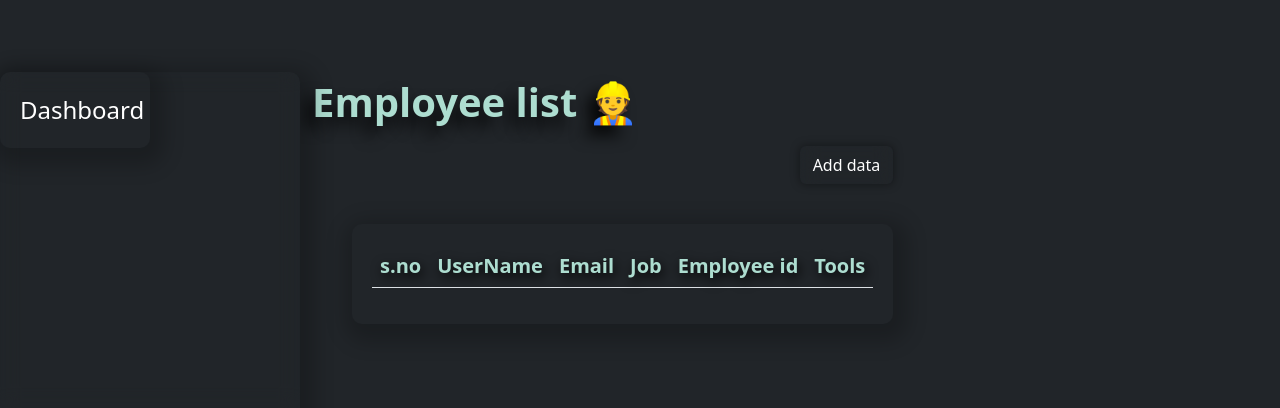
Repository: iamevs/Employee-Management-System
Page: /home (app in client/)
The author's editor kept a copy of each file at every save. The page is drawn from the files as they stood at one save, then again after the next save.
The browser window is 1280 px wide. The pictures show the whole page.
The page's requests for data from a server got no answer. The project was rebuilt for these pictures with package versions that can differ from the ones it lists, and the page was loaded fresh each time. No one was signed in, and anything a server would have sent is missing. Also part of the build but not shown: client/vite.config.js, client/src/components/Register.jsx, client/src/components/Edit.jsx, client/src/components/Hero.jsx. Imported but missing from the stored project, and not drawn on this page: client/src/components/Details.

Above is the page before, as saved 2022-11-29 01:39:15.

### client/index.html
<html lang="en">
  <head>
    <meta charset="UTF-8" />
    <link rel="icon" type="image/svg+xml" href="/vite.svg" />
    <meta name="viewport" content="width=device-width, initial-scale=1.0" />
    <title>employee-management</title>
  </head>
  <body>
    <div id="root"></div>
    <script type="module" src="/src/main.jsx"></script>
  </body>
</html>

### client/src/main.jsx
import React, { StrictMode } from 'react';
import ReactDOM from 'react-dom';
import { createRoot } from "react-dom/client";
import './index.css';
import App from './App';
import { BrowserRouter } from "react-router-dom"
import ContextProvider from "./components/context/ContextProvider";
// root.render(
//   <StrictMode>
//   <ContextProvider>
//     <BrowserRouter>
//       <App />
//     </BrowserRouter>
//   </ContextProvider>
//   </StrictMode>
//   ,
//   document.getElementById('root')
// );


createRoot(document.getElementById('root')).render(
  <ContextProvider>
    <BrowserRouter>
      <App />
    </BrowserRouter>
  </ContextProvider>
)

### client/src/index.css
body {
  margin: 0;
  font-family: -apple-system, BlinkMacSystemFont, 'Segoe UI', 'Roboto', 'Oxygen',
    'Ubuntu', 'Cantarell', 'Fira Sans', 'Droid Sans', 'Helvetica Neue',
    sans-serif;
  -webkit-font-smoothing: antialiased;
  -moz-osx-font-smoothing: grayscale;
  background-color: #212529 !important;
  color: #fff !important;
}

code {
  font-family: source-code-pro, Menlo, Monaco, Consolas, 'Courier New',
    monospace;
}

.btns{
  display: flex;
  justify-content: space-between;
}

.btns > .tool, .tool{
  /* border: 1px solid #fff; */
  backdrop-filter: blur(10px);
  box-shadow: 0px 0px 9px 1px rgb(0 0 0 / 35%);
}

.form-control{
  background-color: #212529 !important;
  color: #C8DBBE !important;
  border: 1px solid #fff !important;
}

### client/src/App.jsx
import './App.css';
import "../node_modules/bootstrap/dist/css/bootstrap.min.css"
import "../node_modules/bootstrap/dist/js/bootstrap.bundle.min.js"
import Navbar from './components/Navbar';
import Home from './components/Home';
import Register from './components/Register';
import Edit from './components/Edit';
import Details from './components/Details';
import Hero from "./components/Hero.jsx";
import { Routes, Route } from "react-router-dom"
import { Stack } from '@mui/system';




function App() {
  return (
    <>
      <Stack direction={"row"}>
        <Navbar />
        <Routes>
          <Route path="/" element={<Hero />} />
          <Route path="/home" element={<Home />} />
          <Route exact path="/register" element={<Register />} />
          <Route exact path="/edit/:id" element={<Edit />} />
          <Route exact path="/view/:id" element={<Details />} />
        </Routes>
      </Stack>

    </>
  );
}

export default App;

### client/src/components/context/ContextProvider.jsx
import React, { createContext, useState } from 'react'


export const adddata = createContext("");
export const updatedata = createContext("");
export const deldata = createContext("");

const ContextProvider = ({ children }) => {

    const [udata, setUdata] = useState("");
    const [updata, setUPdata] = useState("");
    const [dltdata, setDLTdata] = useState("");


    return (
        <adddata.Provider value={{ udata, setUdata }}>
            <updatedata.Provider value={{ updata, setUPdata }}>
                <deldata.Provider value={{dltdata, setDLTdata}}>
                    {children}
                </deldata.Provider>

            </updatedata.Provider>

        </adddata.Provider>
    )
}

export default ContextProvider;

### client/src/App.css
.add_btn{
  text-align: right;
}

.container{
  overflow: auto;
}

.left_view h3{
  font-size: 21px;
}

.left_view p{
  font-weight: 600;
}

.left_view span{
  font-weight: 400;
}

.right_view p{
  font-weight: 600;
}


.right_view span{
  font-weight: 400;
}

### client/src/components/Navbar.jsx
import React from 'react'
import { NavLink } from 'react-router-dom'
import { Box, Stack } from "@mui/material";


const Navbar = () => {
    return (
        // <Stack justifyContent={"center"} direction={"row"} marginTop={"10px"}>
        //     <Box justifyContent={"space-between"} alignItems={"center"} className="navbar navbar-expand-lg text-white" sx={{
        //         backgroundColor: "transparent",
        //         backdropFilter: "blur(10px) !important",
        //         position: "relative",
        //         color: "white",
        //         boxShadow: "4px 7px 20px 11px rgb(0 0 0 / 20%)",
        //         height: "60px",
        //         padding: "0 40px 0 40px",
        //         width: "auto",
        //         borderRadius: "10px"
        //     }}>
        //         <Box sx={{
        //             fontSize: "1.5rem",
        //             color: "#ADDDD0",
        //             fontWeight: "600",
        //             textShadow: "-10px 10px 15px rgba(0, 0, 0, 0.8)",
        //             marginRight: "100px"
        //         }}>Employee management Dashboard</Box>
        //         <Box direction={"row"}>
        //             <a href="/home" style={{
        //                 fontSize: "1.5rem",
        //                 color: "#ADDDD0",
        //                 fontWeight: "600",
        //                 textShadow: "-10px 10px 15px rgba(0, 0, 0, 0.8)",
        //                 textDecoration: "none",
        //             }}>Home</a>
        //             <a href="/" style={{
        //                 fontSize: "1.5rem",
        //                 color: "#ADDDD0",
        //                 fontWeight: "600",
        //                 textShadow: "-10px 10px 15px rgba(0, 0, 0, 0.8)",
        //                 textDecoration: "none",
        //                 marginLeft: "20px"
        //             }}>Docs</a>

        //         </Box>
        //     </Box>
        // </Stack>
        <Stack direction={"column"} sx={{
            backgroundColor: "transparent",
            backdropFilter: "blur(10px) !important",
            position: "relative",
            color: "white",
            boxShadow: "4px 7px 20px 11px rgb(0 0 0 / 20%)",
            height: "80vh",
            width: "300px",
            borderRadius: "10px",
            marginTop: "10vh"
        }}>
            <Box justifyContent={"center"} sx={{
                fontSize: "1.5rem",
                padding: "20px",
                boxShadow: "4px 7px 20px 11px rgb(0 0 0 / 20%)",
                borderRadius: "10px",
                width: "50%"
            }}>
                Dashboard
            </Box>
        </Stack>
    )
}

export default Navbar

### client/src/components/Home.jsx
import React, { useState, useEffect, useContext } from 'react'
import ReadMoreRoundedIcon from '@mui/icons-material/ReadMoreRounded';
import NoteAltOutlinedIcon from '@mui/icons-material/NoteAltOutlined';
import DeleteOutlineIcon from '@mui/icons-material/DeleteOutline';
import { NavLink } from 'react-router-dom';
import { adddata, deldata } from './context/ContextProvider';
import { updatedata } from './context/ContextProvider'
import ReactTooltip from 'react-tooltip';

var getuserlink = "http://localhost:8001/getusers";


const Home = () => {

    const [getuserdata, setUserdata] = useState([]);

    console.log(getuserdata);

    const { udata, setUdata } = useContext(adddata);

    const { updata, setUPdata } = useContext(updatedata);

    const { dltdata, setDLTdata } = useContext(deldata);

    const getdata = async () => {

        const res = await fetch(getuserlink, {
            method: "GET",
            headers: {
                "Content-Type": "application/json"
            }
        });

        const data = await res.json();
        console.log(data);

        if (res.status === 422 || !data) {
            console.log("error ");

        } else {
            setUserdata(data)
            console.log("get data");

        }
    }

    useEffect(() => {
        getdata();
    }, [])

    const deleteuser = async (id) => {

        const res2 = await fetch(`/deleteuser/${id}`, {
            method: "DELETE",
            headers: {
                "Content-Type": "application/json"
            }
        });

        const deletedata = await res2.json();
        console.log(deletedata);

        if (res2.status === 422 || !deletedata) {
            console.log("error");
        } else {
            console.log("user deleted");
            setDLTdata(deletedata)
            getdata();
        }

    }


    return (

        <>
            {
                udata ?
                    <>
                        <div className="alert alert-success alert-dismissible fade show" role="alert">
                            <strong>{udata.name}</strong>  added succesfully!
                            <button type="button" className="btn-close" data-bs-dismiss="alert" aria-label="Close"></button>
                        </div>
                    </> : ""
            }
            {
                updata ?
                    <>
                        <div className="alert alert-success alert-dismissible fade show" role="alert">
                            <strong>{updata.name}</strong>  updated succesfully!
                            <button type="button" className="btn-close" data-bs-dismiss="alert" aria-label="Close"></button>
                        </div>
                    </> : ""
            }

            {
                dltdata ?
                    <>
                        <div className="alert alert-danger alert-dismissible fade show" role="alert">
                            <strong>{dltdata.name}</strong>  deleted succesfully!
                            <button type="button" className="btn-close" data-bs-dismiss="alert" aria-label="Close"></button>
                        </div>
                    </> : ""
            }


            <div className="mt-5">
                <div className="container">

                    <h2 style={{
                        marginTop: "30px",
                        fontSize: "2.5rem",
                        color: "#ADDDD0",
                        fontWeight: "600",
                        marginBottom: "20px",
                        textShadow: "-10px 10px 15px rgba(0, 0, 0, 0.8)"
                    }}>Employee list <span style={{ fontSize: "40px" }}>👷</span> </h2>
                    <div className="add_btn mt-2 mb-2">
                        <NavLink to="/register" className="btn text-white tool" style={{marginRight: "40px"}}>Add data</NavLink>
                    </div>

                    <div className='table-responsive' style={{
                        backgroundColor: "transparent",
                        backdropFilter: "blur(10px) !important",
                        // position: "relative",
                        // color: "#ADDDD0",
                        boxShadow: "4px 7px 20px 11px rgb(0 0 0 / 20%)",
                        borderRadius: "10px",
                        padding: "20px",
                        height: "auto",
                        margin: "40px"
                    }}>
                        <table class="table">
                            <thead>
                                <tr className="table" style={{
                                    fontSize: "20px",
                                    color: "#ADDDD0",
                                    filter: "drop-shadow(2px 4px 6px black)",
                                }}>
                                    <th scope="col">s.no</th>
                                    <th scope="col">UserName</th>
                                    <th scope="col">Email</th>
                                    <th scope="col">Job</th>
                                    <th scope="col">Employee id</th>
                                    <th scope="col">Tools</th>
                                </tr>
                            </thead>
                            <tbody>

                                {
                                    getuserdata.map((val, ind) => {
                                        return (
                                            <tr className='text-white'>
                                                <th scope="row">{ind + 1}</th>
                                                <td>{val.name}</td>
                                                <td>{val.email}</td>
                                                <td>{val.work}</td>
                                                <td>{val.mobile}</td>
                                                <td className='btns'>
                                                    <NavLink to={`/view/${val._id}`} className="btn text-white tool" data-tip="More Details"><ReadMoreRoundedIcon /></NavLink>
                                                    <NavLink to={`/update/${val._id}`} className="btn text-white tool" data-tip="Edit Details"><NoteAltOutlinedIcon /></NavLink>
                                                    <button onClick={() => deleteuser(val._id)} className="btn text-white tool" data-tip="Fire Employee"><DeleteOutlineIcon /></button>
                                                    <ReactTooltip />
                                                </td>
                                            </tr>
                                        )
                                    })
                                }
                            </tbody>
                        </table>
                    </div>
                </div>
            </div>
        </>
    )
}

export default Home

After the next save:
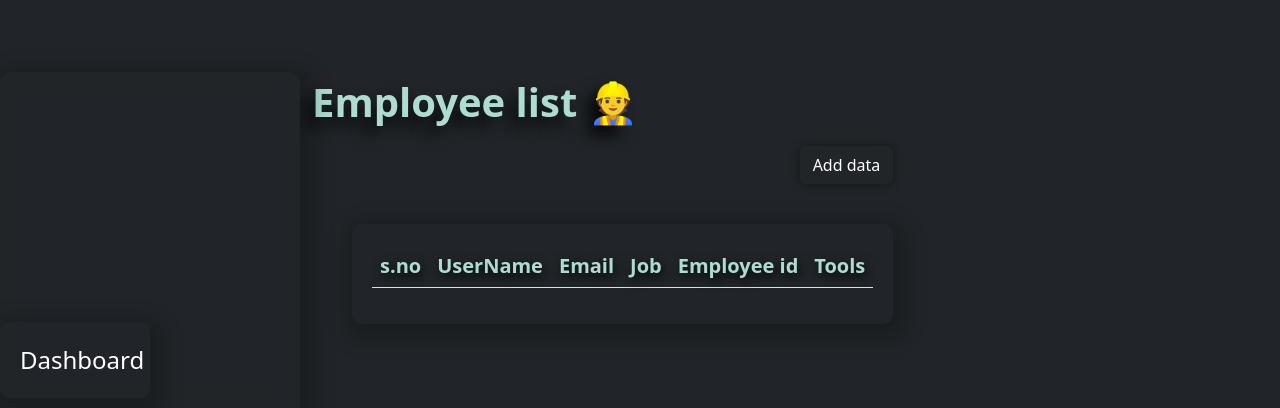
Saved 9 s later.
--- a/client/src/components/Navbar.jsx
+++ b/client/src/components/Navbar.jsx
@@ -44,7 +44,7 @@ const Navbar = () => {
         //         </Box>
         //     </Box>
         // </Stack>
-        <Stack direction={"column"} sx={{
+        <Stack direction={"column"} justifyContent={"center"}  sx={{
             backgroundColor: "transparent",
             backdropFilter: "blur(10px) !important",
             position: "relative",
@@ -55,7 +55,7 @@ const Navbar = () => {
             borderRadius: "10px",
             marginTop: "10vh"
         }}>
-            <Box justifyContent={"center"} sx={{
+            <Box sx={{
                 fontSize: "1.5rem",
                 padding: "20px",
                 boxShadow: "4px 7px 20px 11px rgb(0 0 0 / 20%)",
